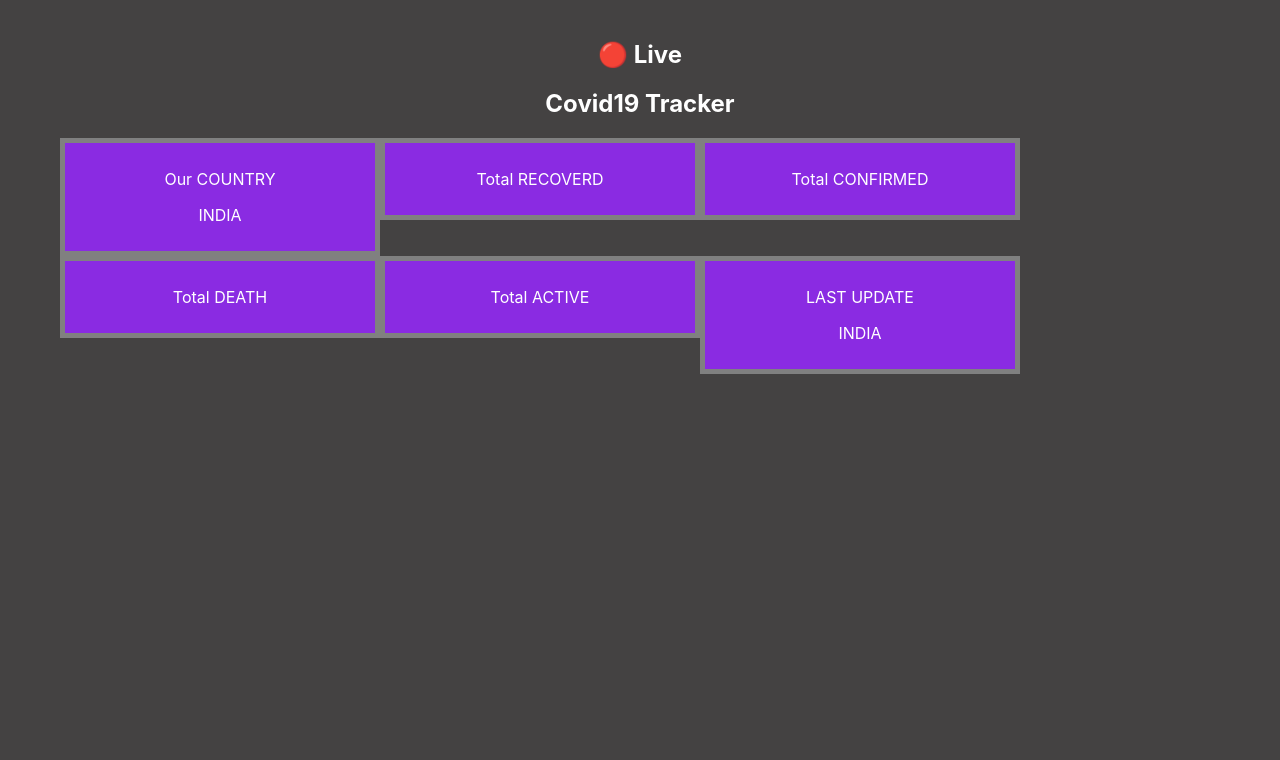
Repository: Aniketlamage/covid19-dashboard
Page: /
The author's editor kept a copy of each file at every save. The page is drawn from the files as they stood at one save, then again after the next save.
The browser window is 1280 px wide. The pictures show the whole page.
The page's requests for data from a server got no answer. The project was rebuilt for these pictures with package versions that can differ from the ones it lists, and the page was loaded fresh each time. No one was signed in, and anything a server would have sent is missing.

Above is the page before, as saved 2021-09-30 15:06:36.

After the next save:
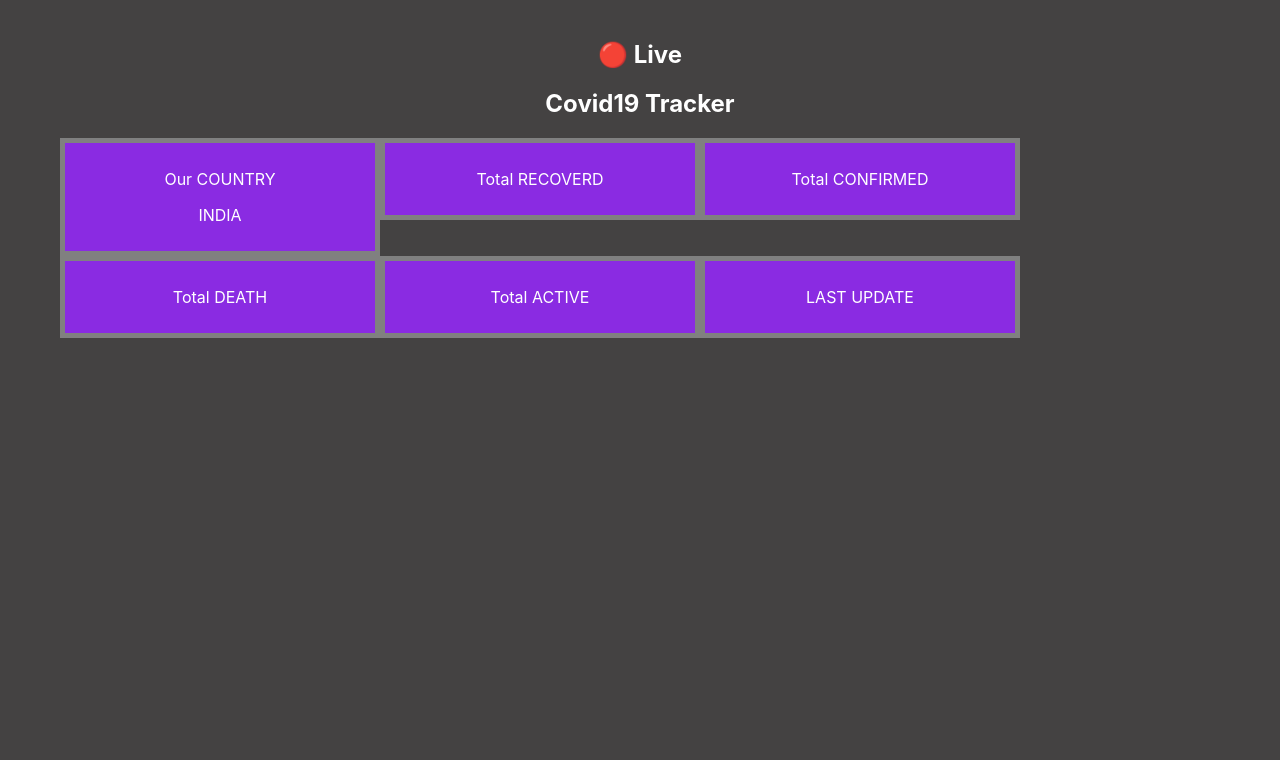
Saved 51 s later.
--- a/src/components/covid.js
+++ b/src/components/covid.js
@@ -64,7 +64,7 @@ return(
         <div className ="card__main">
             <div className ="card__inner">
                 <p className="card__name"><span> LAST </span> UPDATE </p>
-                <p classname="card__total card__small">INDIA</p>
+                <p classname="card__total card__small">{ data.lastupdatedtime}</p>
             </div>
         </div>
     </li>
